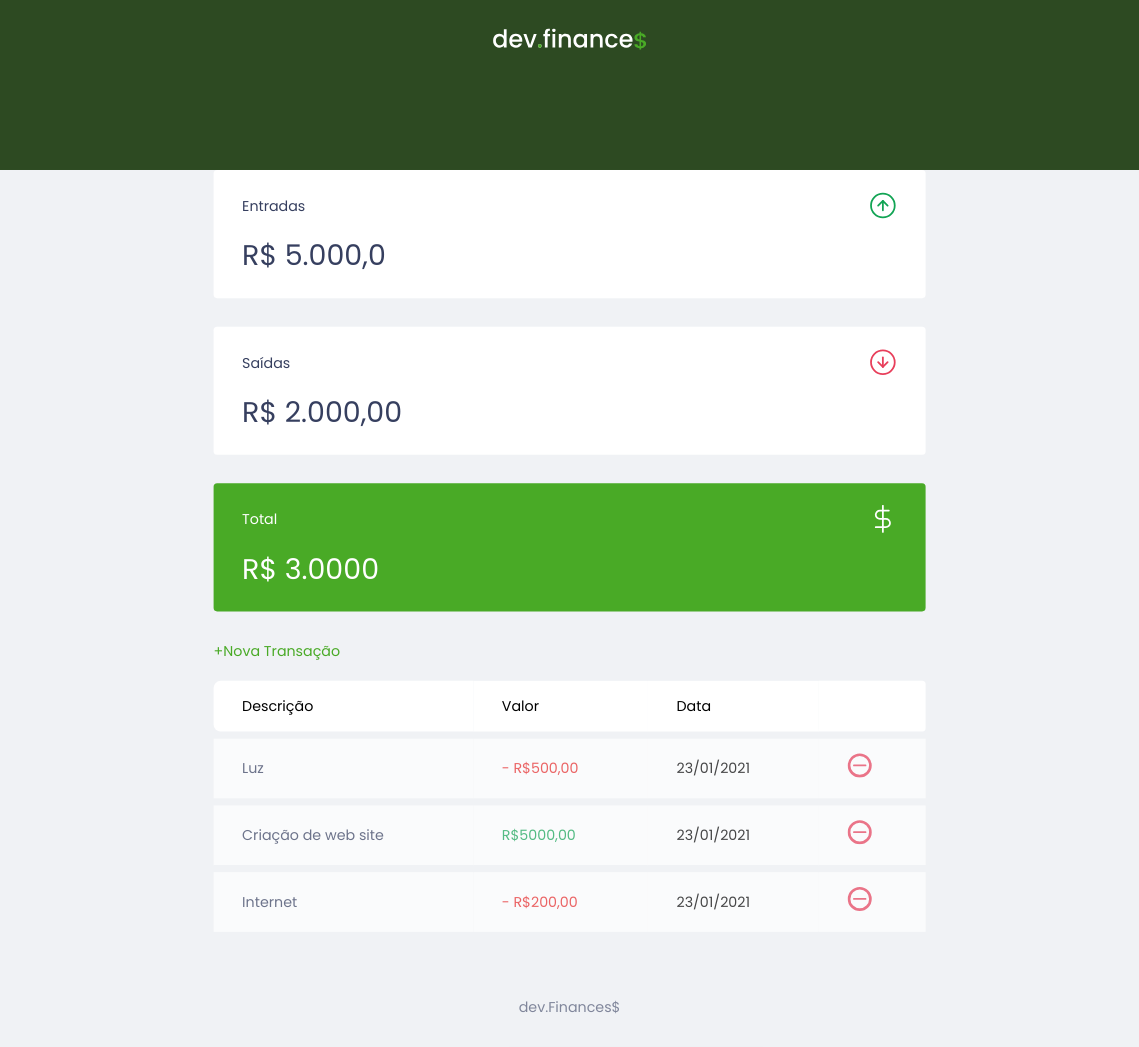
Repository: rafaelmgr12/maratona-dev01
Page: index.html
An editor plug-in stored every save of this project. The page is shown before and after a run of saves, followed by the edit.
The browser window is 1280 px wide. The pictures show the whole page, at 89% of full size.

Above is the page before, as saved 2021-04-27 20:44:49.

### index.html
<!DOCTYPE html>
<html lang="pt-br">
  <head>
    <meta charset="UTF-8" />
    <meta http-equiv="X-UA-Compatible" content="IE=edge" />
    <meta name="viewport" content="width=device-width, initial-scale=1.0" />
    <title>Rafael-app.finance$</title>
    <link rel="stylesheet" href="style.css" />
    <link rel="preconnect" href="https://fonts.gstatic.com" />
    <link
      href="https://fonts.googleapis.com/css2?family=Poppins:ital,wght@0,100;0,400;0,700;1,100;1,400;1,700&display=swap"
      rel="stylesheet"
    />
  </head>
  <body>
    <header>
      <img src="./assets/logo.svg" alt="Logo dev.Finance" />
    </header>
    <main class="container">
      <section id="balance">
        <h2 class="sr-only">Balanço</h2>

        <div class="card">
          <h3>
            <span>Entradas </span>
            <img src="./assets/income.svg" alt="Imagem de entradas" />
          </h3>
          <p>R$ 5.000,0</p>
        </div>
        <div class="card">
          <h3>
            <span>Saídas</span>
            <img src="./assets/expense.svg" alt="Image de saídas" />
          </h3>
          <p>R$ 2.000,00</p>
        </div>
        <div class="card total">
          <h3>
            <span>Total</span>
            <img src="./assets/total.svg" alt="Image de total" />
          </h3>
          <p>R$ 3.0000</p>
        </div>
      </section>
      <section id="transaction">
        <h2 class="sr-only">Transações</h2>

        <a href="#" class="button new">+Nova Transação</a>

        <table id="data-table">
          <thead>
            <tr>
              <th>Descrição</th>
              <th>Valor</th>
              <th>Data</th>
              <th></th>
            </tr>
          </thead>
          <tbody>
            <tr>
              <td class="description">Luz</td>
              <td class="expense">- R$500,00</td>
              <td class="date">23/01/2021</td>
              <td><img src="./assets/minus.svg" alt="Retirar Transação"></td>

            </tr>
            <tr>
              <td class="description">Criação de web site</td>
              <td class="income">R$5000,00</td>
              <td class="date">23/01/2021</td>
              <td><img src="./assets/minus.svg" alt="Retirar Transação"></td>
            </tr>
            <tr>
              <td class="description">Internet</td>
              <td class="expense">- R$200,00</td>
              <td class="date">23/01/2021</td>
              <td><img src="./assets/minus.svg" alt="Retirar Transação"></td>

            </tr>
          </tbody>
        </table>
      </section>
    </main>
    <footer>dev.Finances$</footer>
  </body>
</html>

### style.css
/* Global ======================================== */
:root {
  --dark-blue: #363f5f;
}
* {
  margin: 0;
  padding: 0;
  box-sizing: border-box;
}

body {
  background: #f0f2f5;
  font-family: "Poppins", sans-serif;
}
/*Tricks para sumir elementos da tela, mantendo a funcionalidade de um screenreader*/
.sr-only{
  position: absolute;
  width: 1px;
  height: 1px;
  padding: 0;
  margin: -1px;
  overflow: hidden;
  clip: rect(0,0,0,0);
  white-space: nowrap;
  border-width: 0;

}
.container {
  width: min(90vw, 800px);
  margin: auto;
}
/* Titles ======================================== */
h2 {
  margin-top: 3.2rem;
  margin-bottom: 0.8rem;
  color: var(--dark-blue);

  font-weight: normal;
}
/* Links and Buttons ======================================== */
a{
  color: #49aa26;
  text-decoration: none;
}

a:hover {
  color: #3dd705;
}

.button.new{
  display: inline-block;
  margin-bottom: .8rem;

}


/* Header ======================================== */
header {
  background: #2d4a22;
  padding: 2rem 0 8rem;
  text-align: center;
}

#logo {
  color: #fff;
  font-weight: 100;
}

/* Balance ======================================== */
balance {
  margin-top: -8rem;
}

balance h2 {
  color: white;
  margin-top: 0;
}

/* Cards ======================================== */

.card {
  background : white;
  padding: 1.5rem 2rem;
  border-radius: 0.25rem;

  margin-bottom: 2rem;

  color: var(--dark-blue);
}

.card h3 {
  font-weight: normal;
  font-size: 1rem;
  display : flex;
  align-items: center;
  justify-content: space-between;
}

.card p {
  font-size: 2rem;
  line-height: 3rem;

  margin-top: 1rem;
}

.card.total {
  background: #49aa26;
  color: white;
}
/* Table  ======================================== */
#data-table {
  width: 100%;
  border-spacing: 0 0.5rem;
}
table thead tr th:first-child,
table thead tr td:first-child
{
  border-radius: 0.5rem 0 0 0.5rem;
}

table thead tr th:last-child,
table thead tr td:last-child {
  border-radius: 0 0.25rem 0.25rem 0 ;

}

table thead th {
  background: white;

  font-weight: normal;
  padding: 1rem 2rem;
  text-align: left;
}
table tbody tr {
  opacity: 0.7;
}
table tr:hover {
  opacity: 1;
}
table tbody td {
  background: white;
  padding: 1rem 2rem;
}

td.description {
  color: var(--dark-blue);
}

td.income {
  color: #12a454;
}
td.expense {
    color : #e92929;
}

/* footer ======================================== */
footer {
  text-align: center;
  padding : 4rem 0 2rem;
  color: var(--dark-blue);

  opacity : 0.6;
}

After the next 2 saves:
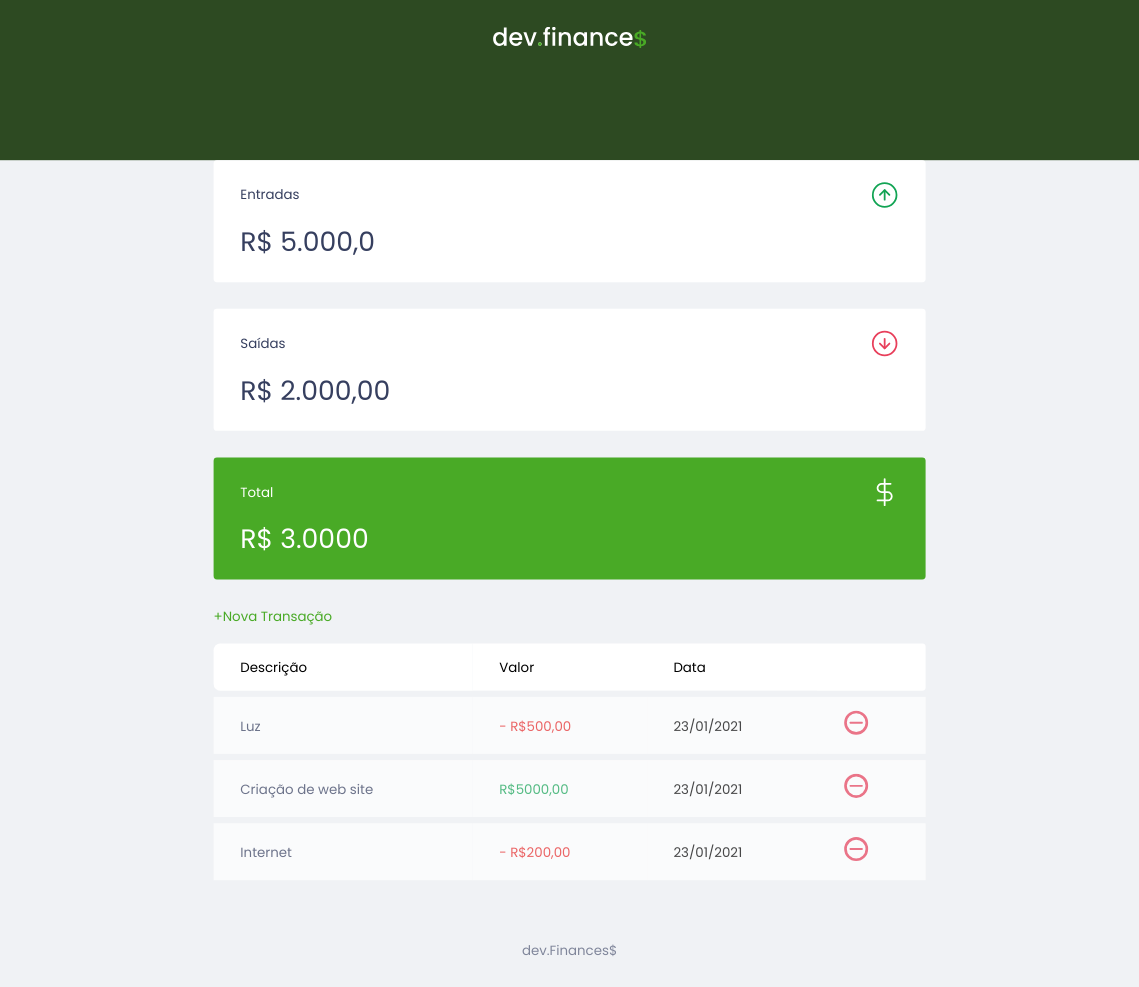
The 2 saves are shown as one change because they came seconds apart.
The last was saved 68 s later.
--- a/style.css
+++ b/style.css
@@ -6,6 +6,10 @@
   margin: 0;
   padding: 0;
   box-sizing: border-box;
+}
+
+html{
+  font-size: 93.75%;
 }
 
 body {
